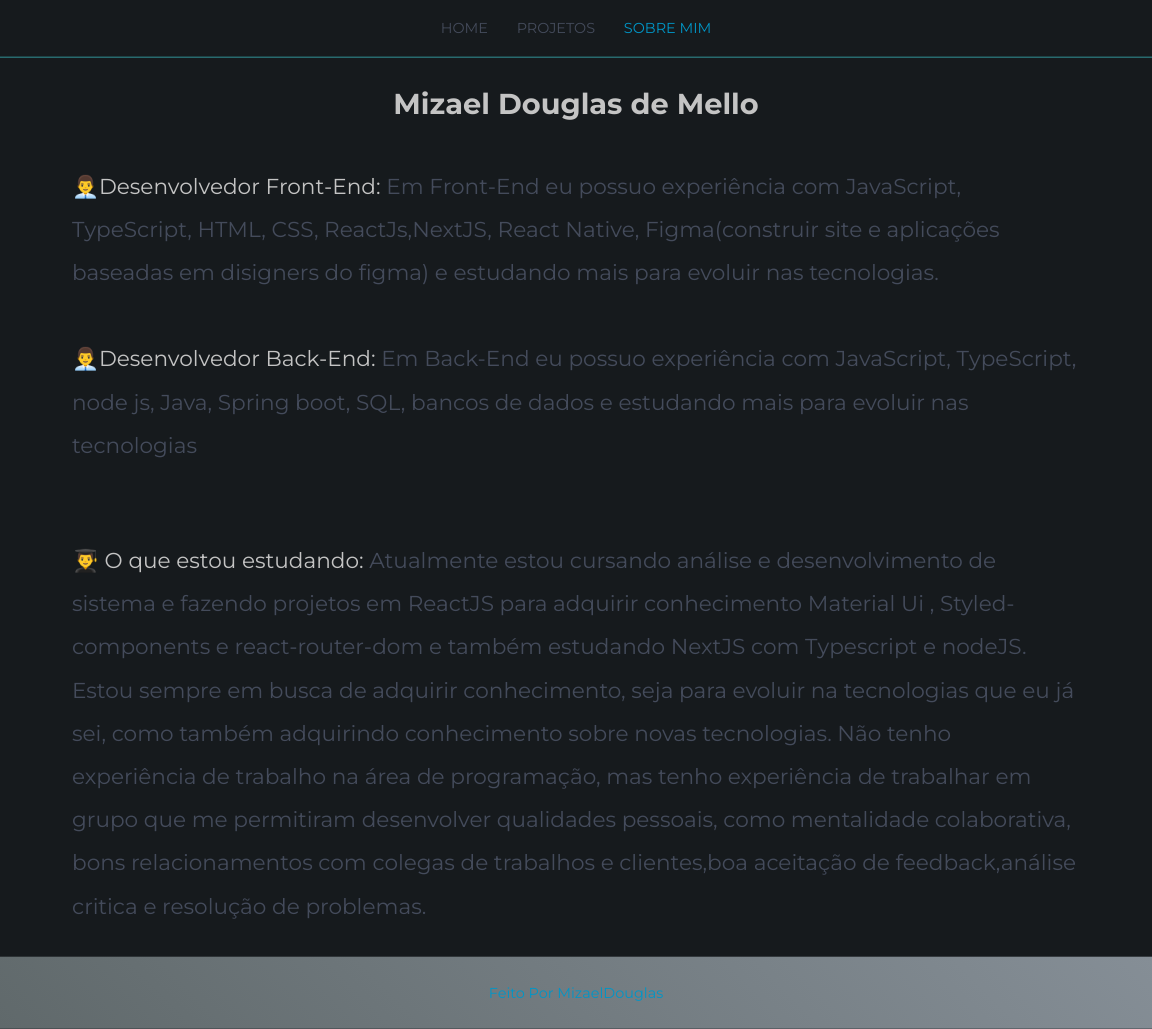
Repository: Mizaeldouglas/New-Portifolio
Page: /sobre
These files come from the project's save history. The page is drawn as it stood at one moment and after the next save; the edit follows.
The browser window is 1280 px wide. The pictures show the whole page, at 90% of full size.
The project was rebuilt for these pictures with package versions that can differ from the ones it lists, and the page was loaded fresh each time. The framework's server and built-in components were replaced by stand-ins that run in the browser. Also part of the build but not shown: next.config.js.

Above is the page before, as saved 2022-07-05 21:00:14.

### src/pages/_app.tsx
import { ThemeProvider } from 'styled-components';
import { Footer } from '../components/Footer';
import Header from '../components/Header';

import GlobalStyles from '../styles/global';
import theme from '../styles/theme';

function MyApp({ Component, pageProps }) {
  return (
    <ThemeProvider theme={theme}>
      <Header />
      <Component {...pageProps} />
      <GlobalStyles />
      <Footer />
    </ThemeProvider>
  );
}

export default MyApp;

### src/pages/_document.tsx
import Document, {
  DocumentContext,
  DocumentInitialProps,
  Head,
  Html,
  Main,
  NextScript
} from 'next/document';

import { ServerStyleSheet } from 'styled-components';

export default class MyDocument extends Document {
  static async getInitialProps(
    ctx: DocumentContext
  ): Promise<DocumentInitialProps> {
    const sheet = new ServerStyleSheet();
    const originalRenderPage = ctx.renderPage;

    try {
      ctx.renderPage = () =>
        originalRenderPage({
          enhanceApp: App => props => sheet.collectStyles(<App {...props} />)
        });

      const initialProps = await Document.getInitialProps(ctx);
      return {
        ...initialProps,
        styles: (
          <>
            {initialProps.styles}
            {sheet.getStyleElement()}
          </>
        )
      };
    } finally {
      sheet.seal();
    }
  }

  render() {
    return (
      <Html lang="pt-br">
        <Head>
          <link rel="preconnect" href="https://fonts.googleapis.com" />
          <link rel="preconnect" href="https://fonts.gstatic.com" />
          <link
            href="https://fonts.googleapis.com/css2?family=JetBrains+Mono:wght@200&family=Montserrat:wght@300;400;500;600;700&display=swap"
            rel="stylesheet"
          />

          <meta charSet="utf-8" />
          <meta httpEquiv="X-UA-Compatible" content="IE=edge" />
        </Head>
        <body>
          <Main />
          <NextScript />
        </body>
      </Html>
    );
  }
}

### src/pages/sobre/index.tsx
import { SobreContainer } from '../../styles/SobreStyles';

export default function Sobre() {
  return (
    <SobreContainer>
      <main>
        <h1>Mizael Douglas de Mello</h1>
        <p className="tecnologias">
          👨‍💼<span>Desenvolvedor Front-End:</span> Em Front-End eu possuo
          experiência com JavaScript, TypeScript, HTML, CSS, ReactJs,NextJS,
          React Native, Figma(construir site e aplicações baseadas em disigners
          do figma) e estudando mais para evoluir nas tecnologias.
        </p>
        <p className="tecnologias">
          👨‍💼<span>Desenvolvedor Back-End:</span> Em Back-End eu possuo
          experiência com JavaScript, TypeScript, node js, Java, Spring boot,
          SQL, bancos de dados e estudando mais para evoluir nas tecnologias
        </p>
        <p className="estudos">
          👨‍🎓 <span>O que estou estudando:</span> Atualmente estou cursando
          análise e desenvolvimento de sistema e fazendo projetos em ReactJS
          para adquirir conhecimento Material Ui , Styled-components e
          react-router-dom e também estudando NextJS com Typescript e nodeJS.
          Estou sempre em busca de adquirir conhecimento, seja para evoluir na
          tecnologias que eu já sei, como também adquirindo conhecimento sobre
          novas tecnologias. Não tenho experiência de trabalho na área de
          programação, mas tenho experiência de trabalhar em grupo que me
          permitiram desenvolver qualidades pessoais, como mentalidade
          colaborativa, bons relacionamentos com colegas de trabalhos e
          clientes,boa aceitação de feedback,análise critica e resolução de
          problemas.
        </p>
      </main>
    </SobreContainer>
  );
}

### src/components/Footer/index.tsx
import { Container } from './styles';

export function Footer() {
  return (
    <Container>
      <p>Feito Por MizaelDouglas</p>
    </Container>
  );
}

### src/components/Header/index.tsx
import { Container } from './styles';
import NavLink from './NavLink';

function Header() {
  return (
    <Container>
      <ul>
        <NavLink title="Home" path="/" />
        <NavLink title="Projetos" path="/projetos" includes />
        <NavLink title="Sobre Mim" path="/sobre" />
      </ul>
    </Container>
  );
}
export default Header;

### src/styles/global.ts
import { lighten } from 'polished';
import { createGlobalStyle } from 'styled-components';

export default createGlobalStyle`
  * {
    margin: 0;
    padding: 0;
    box-sizing: border-box;
    font-family: 'Montserrat', sans-serif;
    ::-webkit-scrollbar {
      width: 8px;
      height: 5px;
    }
    ::-webkit-scrollbar-thumb {
      background: ${({ theme }) => theme.textHighlight};
      border-radius: 10px;
    }
    ::-webkit-scrollbar-track{
      background: ${({ theme }) => lighten(0.4, theme.textHighlight)};
    }
  }
  body {
    background: ${props => props.theme.background};
    font: 400 1rem 'Montserrat', sans-serif;
  }
  img {
    width: 100%;
    max-width: 100%;
  }
  ul {
    list-style: none;
  }
  button {
    cursor: pointer;
  }
  a {
    text-decoration: none;
  }
  .container {
    width: 100%;
    margin: 0 auto;
    max-width: 85rem;
    padding: 0 1rem;
    padding-bottom: 30px;
    @media(max-width:1450px) {
      max-width: 70rem;
    }
    @media(max-width:1000px) {
      max-width: 50rem;
    }
    @media(max-width:700px) {
      padding: 0 2rem;
    }
  }
`;

### src/styles/theme.ts
const theme = {
  background: '#161a1d',
  backgroundLight: '#34a0a4',
  primary: '#0096c7',
  secondary: '#023e8a',
  gradient: 'linear-gradient(225deg, #858E96 0%, #60696B 100%);',
  text: '#848DA0',
  textHighlight: '#444B5B',
  textLight: '#C4C4C4',
  border: '#313958',
  inputBackground: '#1E253E',
  error: '#d45d5d'
};

export default theme;

### src/styles/SobreStyles.ts
import styled from 'styled-components';

export const SobreContainer = styled.div`
  display: flex;
  flex-direction: column;
  width: 100%;
  height: 100%;

  main {
    margin-top: 2rem;
    margin-bottom: 2rem;
    width: 100%;
    padding: 0 5rem;
    h1 {
      text-align: center;
      color: ${({ theme }) => theme.textLight};
    }
    p {
      font-size: 1.5rem;
      line-height: 2;
      color: ${({ theme }) => theme.textHighlight};
    }
    span {
      color: ${({ theme }) => theme.textLight};
    }
    .tecnologias {
      margin-top: 3rem;
    }
    .estudos {
      margin-top: 5rem;
    }
  }
`;

### src/components/Footer/styles.ts
import styled from 'styled-components';

export const Container = styled.div`
  width: 100%;
  height: 5rem;
  background: ${({ theme }) => theme.gradient};
  color: ${({ theme }) => theme.primary};
  display: flex;
  align-items: center;
  justify-content: center;
`;

### src/components/Header/styles.ts
import { lighten } from 'polished';
import styled from 'styled-components';

interface NavProps {
  isActive: boolean;
}

export const Container = styled.header`
  width: 100%;
  display: flex;
  align-items: center;
  justify-content: center;
  height: 4rem;
  border-bottom: 1px solid ${({ theme }) => theme.backgroundLight};

  ul {
    display: flex;
    gap: 2rem;
    align-items: center;
  }
`;
export const NavLinkContainer = styled.li<NavProps>`
  a {
    text-transform: uppercase;
    color: ${props =>
      props.isActive ? props.theme.primary : props.theme.textHighlight};
    transition: 0.5s;
    &:hover {
      color: ${props =>
        props.isActive
          ? lighten(0.2, props.theme.primary)
          : lighten(0.2, props.theme.textHighlight)};
    }
  }
`;

### src/components/Header/NavLink.tsx
import Link from 'next/link';
import { useRouter } from 'next/router';
import { NavLinkContainer } from './styles';

interface Props {
  title: string;
  path: string;
  includes?: boolean;
}

export default function navLink({ title, path, includes = false }: Props) {
  const router = useRouter();

  function verifyIfIsActive() {
    if (includes) {
      return router.pathname.includes(path);
    }
    return path === router.pathname;
  }

  const isActive = verifyIfIsActive();

  return (
    <NavLinkContainer isActive={isActive}>
      <Link href={path}>
        <a>{title}</a>
      </Link>
    </NavLinkContainer>
  );
}

After the next save:
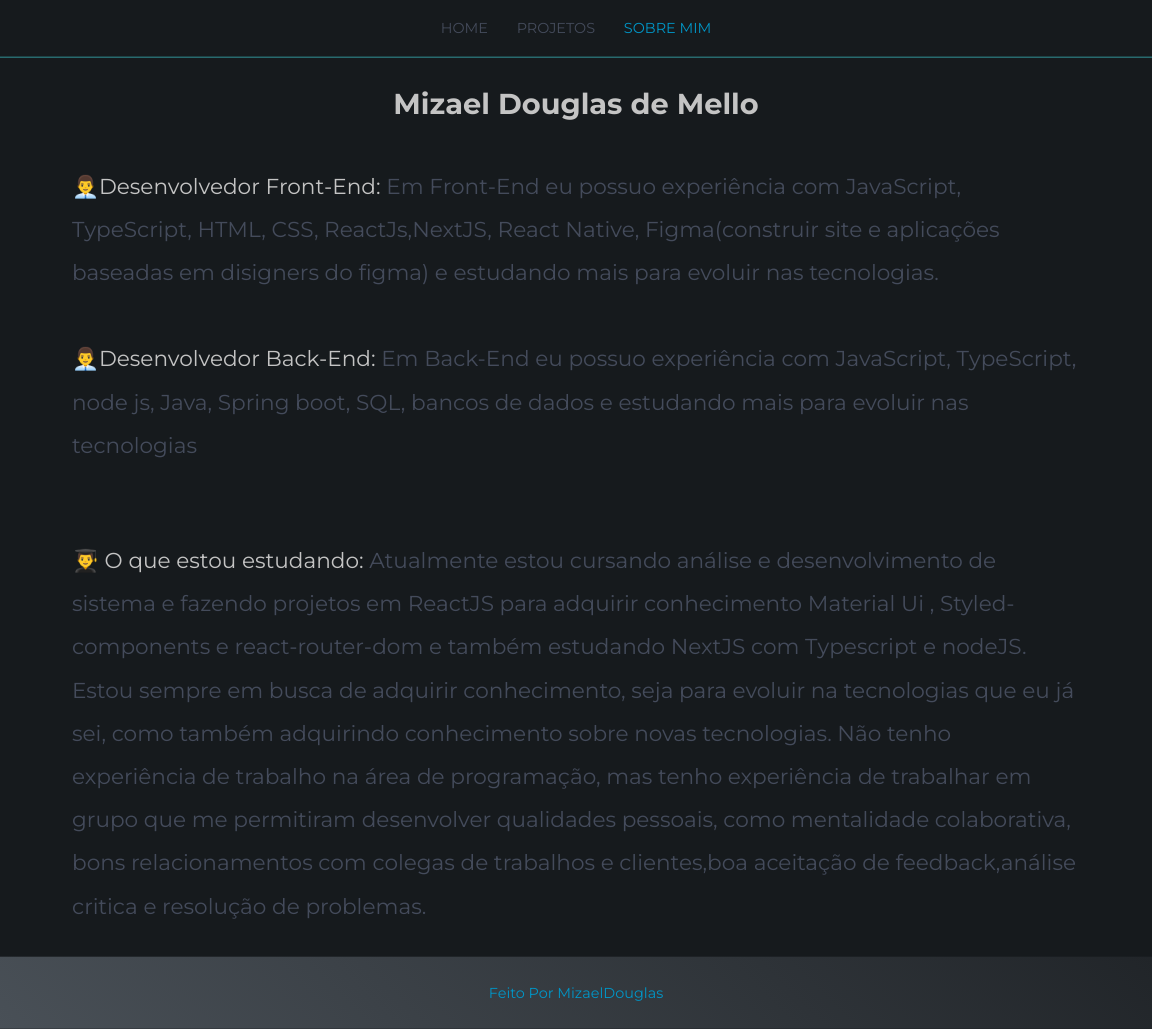
Saved 12 s later.
--- a/src/styles/theme.ts
+++ b/src/styles/theme.ts
@@ -3,7 +3,7 @@ const theme = {
   backgroundLight: '#34a0a4',
   primary: '#0096c7',
   secondary: '#023e8a',
-  gradient: 'linear-gradient(225deg, #858E96 0%, #60696B 100%);',
+  gradient: 'linear-gradient(225deg, #212529 0%, #495057 100%);',
   text: '#848DA0',
   textHighlight: '#444B5B',
   textLight: '#C4C4C4',
